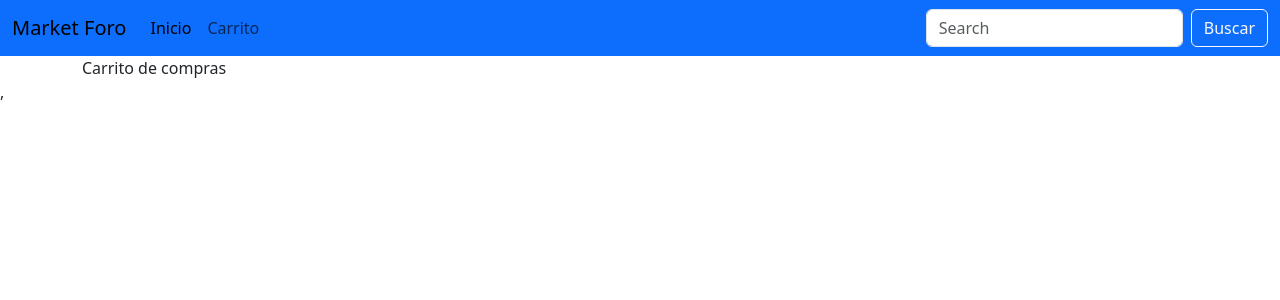
Repository: ikabeee/shopping-car
Page: /cart
These files come from the project's save history. The page is drawn as it stood at one moment and after a run of saves; the edit follows.
The browser window is 1280 px wide. The pictures show the whole page.
The project was rebuilt for these pictures with package versions that can differ from the ones it lists, and the page was loaded fresh each time. Also part of the build but not shown: vite.config.ts, src/pages/Home.tsx.

Above is the page before, as saved 2024-10-18 14:18:14.

### index.html
<!doctype html>
<html lang="en">
  <head>
    <meta charset="UTF-8" />
    <link rel="icon" type="image/svg+xml" href="/vite.svg" />
    <meta name="viewport" content="width=device-width, initial-scale=1.0" />
    <title>Carrito de Compras</title>
  </head>
  <body>
    <div id="root"></div>
    <script type="module" src="/src/main.tsx"></script>
  </body>
</html>

### src/main.tsx
import { StrictMode } from 'react'
import { createRoot } from 'react-dom/client'
import App from './App.tsx'
import { BrowserRouter } from 'react-router-dom'


createRoot(document.getElementById('root')!).render(
  <BrowserRouter>
    <StrictMode>
      <App />
    </StrictMode>,
  </BrowserRouter>
)

### src/App.tsx

//Importar los estilos de bootstrap7

import 'bootstrap/dist/css/bootstrap.min.css';
import { Route, Routes } from 'react-router-dom';

import Header from './components/Header'
import Home from './pages/Home';
import Cart from './pages/Cart';




function App() {


  return (
    <>
      <Header/>
      <Routes>
        <Route path='/' element={<Home/>}/>
        <Route path='/cart' element={<Cart/>}/>
      </Routes>

    </>
  )
}

export default App

### src/components/Header.tsx

const Header = () => {

    return (
        <>
            <nav className="navbar navbar-expand-lg bg-primary">
                <div className="container-fluid">
                    <a className="navbar-brand" href="#"> Market Foro </a>
                    <div className="collapse navbar-collapse" id="navbarTogglerDemo02">
                        <ul className="navbar-nav me-auto mb-2 mb-lg-0">
                            <li className="nav-item">
                                <a className="nav-link active" aria-current="page" href="#"> Inicio </a>
                            </li> <li className="nav-item">
                                <a className="nav-link" href="#"> Carrito </a>
                            </li> </ul> <div className="d-flex" role="search">
                            <input className="form-control me-2" type="search" placeholder="Search" aria-label="Search" />
                            <button className="btn btn-outline-light" > Buscar </button>
                        </div>
                    </div>
                </div>
            </nav>
        </>
    )
}

export default Header

### src/pages/Cart.tsx
const Cart =()=>{
    return(
        <>
            <div className="container">
                Carrito de compras
            </div>
        </>
    )
}

export default Cart

After the next 3 saves:
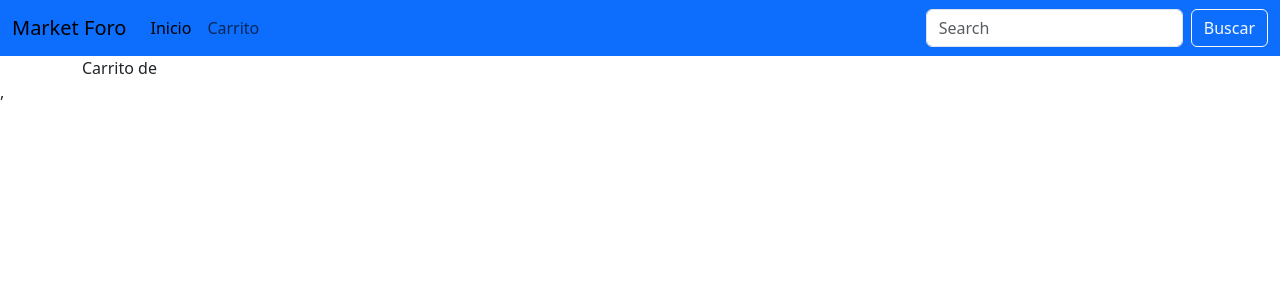
The 3 saves are shown as one change because they came seconds apart.
The last was saved 11 s later.
--- a/src/pages/Cart.tsx
+++ b/src/pages/Cart.tsx
@@ -2,7 +2,7 @@
     return(
         <>
             <div className="container">
-                Carrito de compras
+                Carrito de
             </div>
         </>
     )
